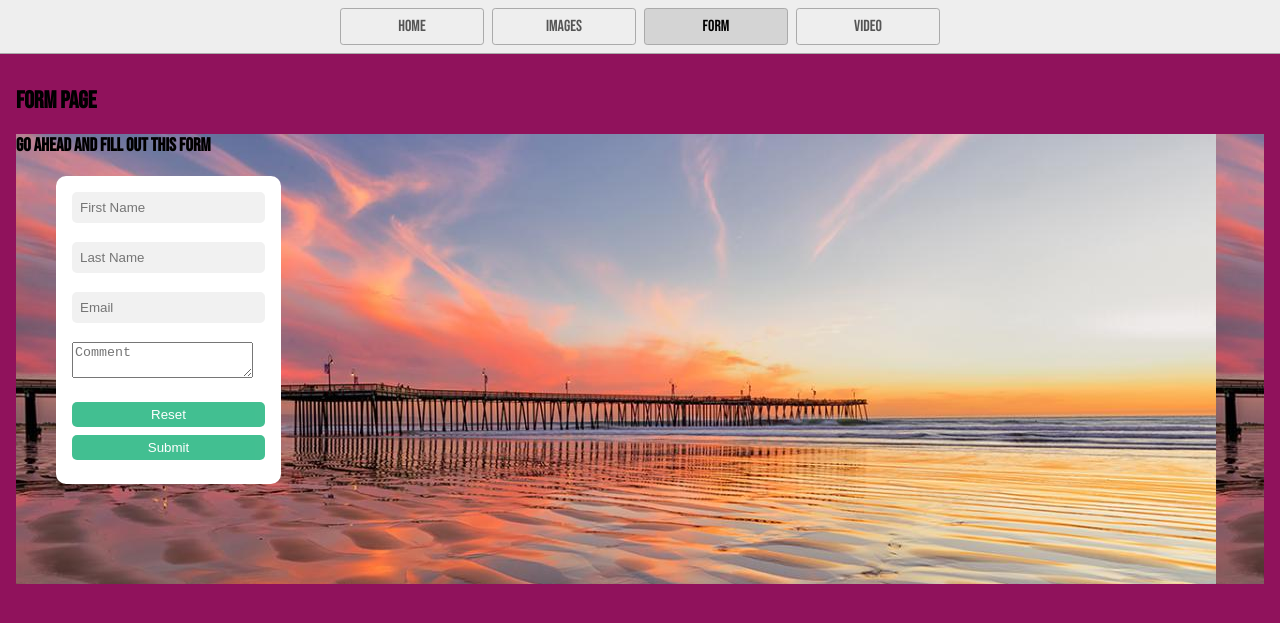
Repository: sebas6292/palmTree-Final
Page: Form.html
These files come from the project's save history. The page is drawn as it stood at one moment and after the next save; the edit follows.
The browser window is 1280 px wide. The pictures show the whole page.

Above is the page before, as saved 2023-05-28 13:21:07.

After the next save:
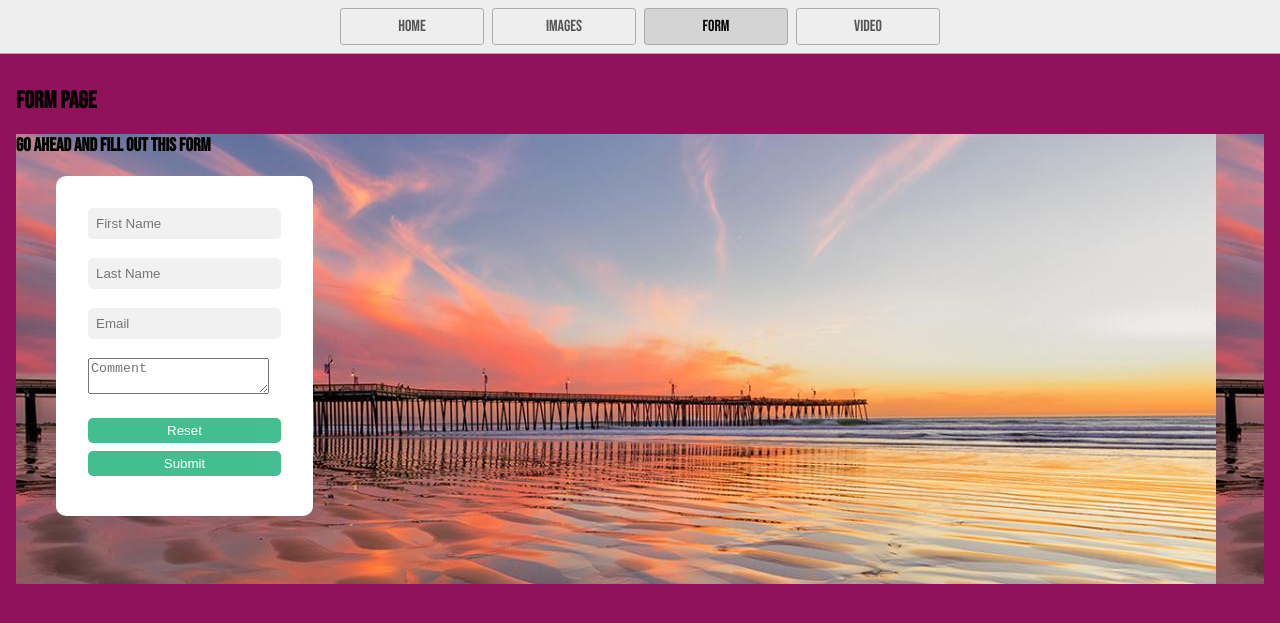
Saved 4 s later.
--- a/styles.css
+++ b/styles.css
@@ -65,7 +65,7 @@
     position: absolute;
     margin: 0 0 0 40px;
     max-width: 400px;
-    padding: 16px;
+    padding: 32px;
     background-color: white;
     border-radius: 10px;
   }
